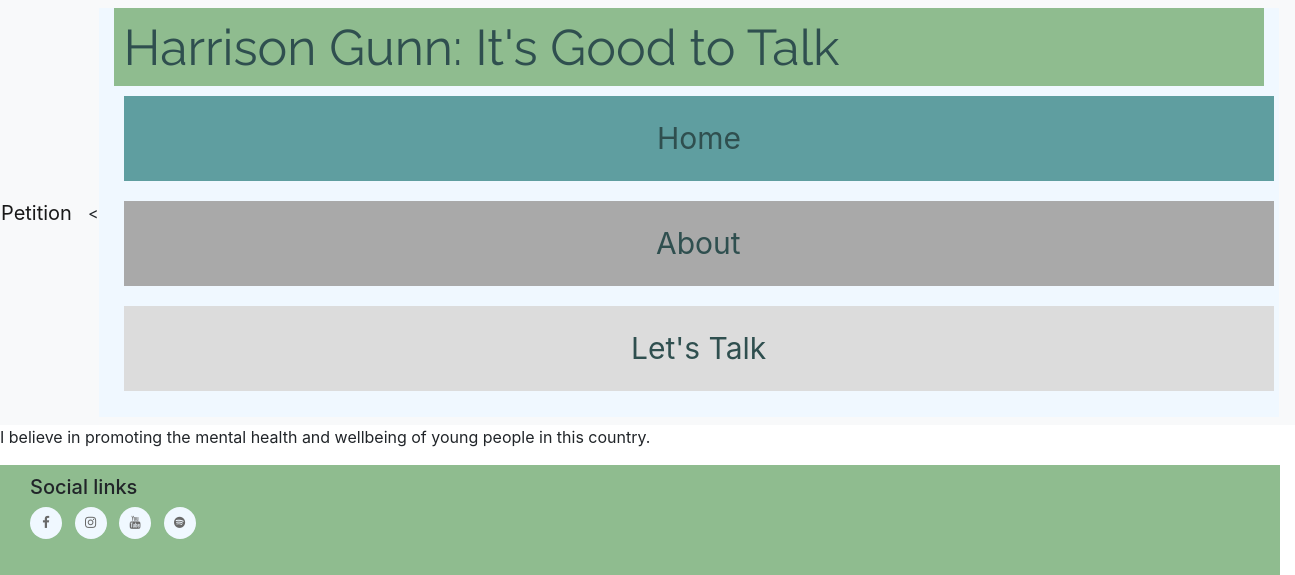
Repository: Leannald13/mile-stone-project-html
Page: index.html
The author's editor kept a record of every edit. The page is drawn from the files as they stood at one moment, then again after the next edit.
The browser window is 1280 px wide. The page is 1295 px wide, so the pictures cover 1295 px, including what lies to the right of the window. The pictures show the part of the page from y = 500 to 1075 px (the page is 1075 px tall).

Above is the page before.

After the next edit:
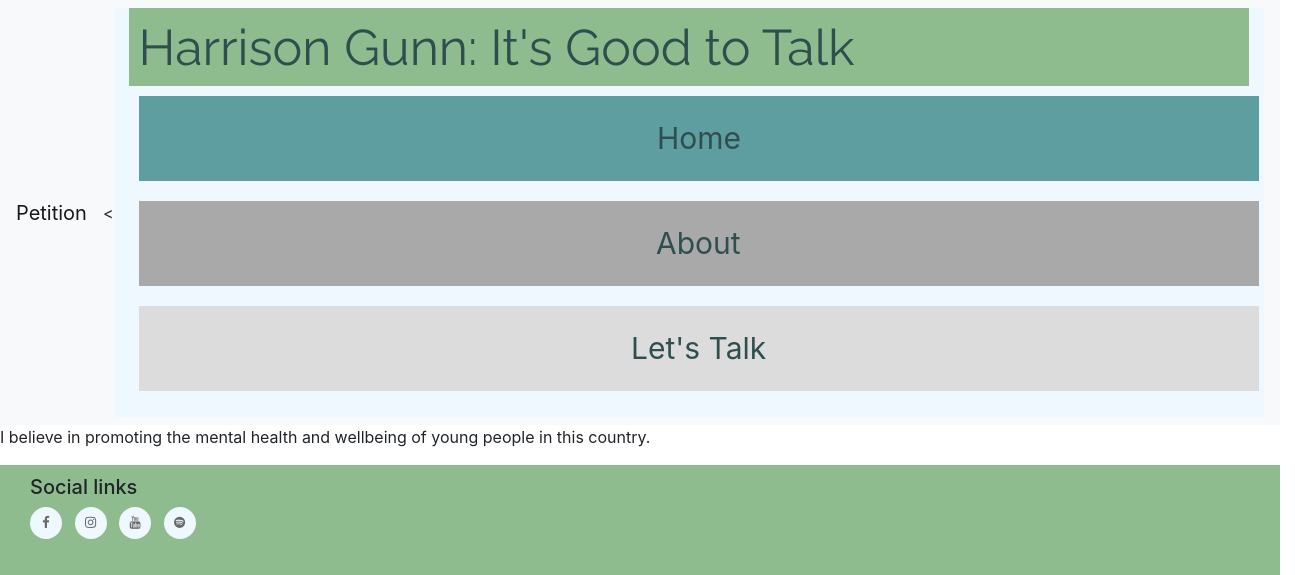
The edit:
--- a/index.html
+++ b/index.html
@@ -16,42 +16,41 @@
     <header>
         <div class="row">
             <a href="index.html" class="col-md-12 logo">
-
-            </a>
-                       <nav class="navbar navbar-expand-lg navbar-light bg-light">
-  <a class="navbar-brand" href="https://petition.parliament.uk/petitions/260373">Petition</a>
-  <button class="navbar-toggler" type="button" data-toggle="collapse" data-target="#navbarSupportedContent" aria-controls="navbarSupportedContent" aria-expanded="false" aria-label="Toggle navigation">
+                </a>
+        </div>
+        <nav class="navbar navbar-expand-lg navbar-light bg-light">
+            <a class="navbar-brand" href="https://petition.parliament.uk/petitions/260373">Petition</a>
+            <button class="navbar-toggler" type="button" data-toggle="collapse" data-target="#navbarSupportedContent" aria-controls="navbarSupportedContent" aria-expanded="false" aria-label="Toggle navigation">
     <span class="navbar-toggler-icon"></span>
   </button>
-        <
-        <div class="container-fluid">
-        <div class="row">
-            <div class="col-sm-12">
-                <div class="row no-gutters bg-color-name">
-                    <div class="col heading">
-                        <h1 class="name">Harrison Gunn: It's Good to Talk</h1>
+            < <div class="container-fluid">
+                <div class="row">
+                    <div class="col-sm-12">
+                        <div class="row no-gutters bg-color-name">
+                            <div class="col heading">
+                                <h1 class="name">Harrison Gunn: It's Good to Talk</h1>
+                            </div>
+                        </div>
+                    </div>
+                    <div class="container-fluid">
+                        <div class="row">
+                            <div class="col-12">
+                                <ul id="nav" class="list-inline menucontainer">
+                                    <li class="col col-sm-12 ui-menu-color-home list-inline-item menuitem">
+                                        <a href="index.html" class="hvr-wobble-horizontal"><span>Home</span></a>
+                                    </li>
+                                    <li class="col col-sm-12 ui-menu-color-general list-inline-item menuitem">
+                                        <a href="general.html" class="hvr-wobble-horizontal"><span>About</span></a>
+                                    </li>
+                                    <li class="col col-sm-12 ui-menu-color-contact list-inline-item menuitem">
+                                        <a href="contact.html" class="hvr-wobble-horizontal"><span>Let's Talk</span></a>
+                                    </li>
+                                </ul>
+                            </div>
+                        </div>
                     </div>
                 </div>
-            </div>
-             <div class="container-fluid">
-            <div class="row">
-                <div class="col-12">
-                    <ul id="nav" class="list-inline menucontainer">
-                        <li class="col col-sm-12 ui-menu-color-home list-inline-item menuitem">
-                            <a href="index.html" class="hvr-wobble-horizontal"><span>Home</span></a>
-                        </li>
-                        <li class="col col-sm-12 ui-menu-color-general list-inline-item menuitem">
-                            <a href="general.html" class="hvr-wobble-horizontal"><span>About</span></a>
-                        </li>
-                        <li class="col col-sm-12 ui-menu-color-contact list-inline-item menuitem">
-                            <a href="contact.html" class="hvr-wobble-horizontal"><span>Let's Talk</span></a>
-                        </li>
-                    </ul>
                 </div>
-                </div>
-            </div>
-        </div>
-        </div>
     </header>
     <section>
         <p>I believe in promoting the mental health and wellbeing of young people in this country.</p>
